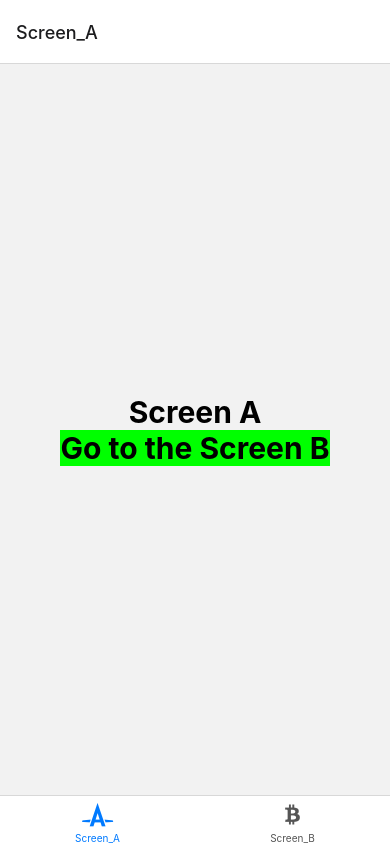
Repository: ntu34543/Navigation
Screen: /
These files come from the project's save history. The screen is drawn as it stood at one moment and after a run of saves; the edit follows.
The app was drawn by React Native's web renderer in a window 390 px wide. The project was rebuilt for these pictures with package versions that can differ from the ones it lists, and the page was loaded fresh each time. Also part of the build but not shown: component/ScreenB.js.

Above is the screen before, as saved 2022-09-19 22:56:51.

### App.js
import { StatusBar } from "expo-status-bar";
import { StyleSheet, Text, View, Pressable, TabBarIOSItem } from "react-native";
import { NavigationContainer } from "@react-navigation/native";
import { createStackNavigator } from "@react-navigation/stack";
import { createBottomTabNavigator } from "@react-navigation/bottom-tabs";
import ScreenA from "./component/ScreenA";
import ScreenB from "./component/ScreenB";
import FontAwesome5 from "react-native-vector-icons/FontAwesome5";

const Stack = createStackNavigator();
const Tab = createBottomTabNavigator();

export default function App() {
  return (
    <NavigationContainer>
      <Tab.Navigator
        // screenOptions={{ header: () => null }}
        screenOptions={({ route }) => ({
          tabBarIcon: ({ focused, size, color }) => {
            let iconName;
            if (route.name === "Screen_A") {
              iconName = "autoprefixer";
              size = focused ? 25 : 20;
              // color = focused ? "#f0f" : "#555";
            } else if (route.name === "Screen_B") {
              iconName = "btc";
              size = focused ? 25 : 20;
              // color = focused ? "#f0f" : "#555";
            }
            return <FontAwesome5 name={iconName} size={size} color={color} />;
          },
        })}
        tabBarOptions = {{
          ActiveXObject: '#f0f',
          inactiveTintColor: '#555',
        }}
      >
        <Tab.Screen name="Screen_A" component={ScreenA} />
        {/* options={{header: () => null}} */}
        <Tab.Screen name="Screen_B" component={ScreenB} />
      </Tab.Navigator>
    </NavigationContainer>
  );
}

### component/ScreenA.js
import { StatusBar } from "expo-status-bar";
import { StyleSheet, Text, View, Pressable } from "react-native";

export default function ScreenA({ navigation }) {
  const onPressHandler = () => {
    navigation.navigate("Screen_B");
    // navigation.replace("Screen_B");
  };
  return (
    <View style={styles.body}>
      <Text style={styles.text}>Screen A</Text>
      <Pressable
        onPress={onPressHandler}
        style={({ pressed }) => ({
          backgroundColor: pressed ? "#ddd" : "#0f0",
        })}
      >
        <Text style={styles.text}>Go to the Screen B</Text>
      </Pressable>
    </View>
  );
}

const styles = StyleSheet.create({
  body: {
    flex: 1,
    justifyContent: "center",
    alignItems: "center",
  },
  text: {
    fontSize: 30,
    fontWeight: "bold",
  },
});

After the next 4 saves:
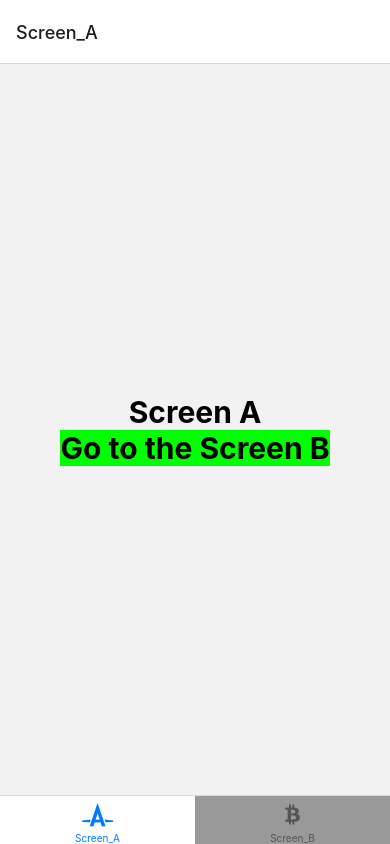
The 4 saves are shown as one change because 1 did not build or start and some came seconds apart.
The last was saved 37 s later.
--- a/App.js
+++ b/App.js
@@ -33,6 +33,7 @@ export default function App() {
         tabBarOptions = {{
           ActiveXObject: '#f0f',
           inactiveTintColor: '#555',
+          inactiveBackgroundColor: '#999',
         }}
       >
         <Tab.Screen name="Screen_A" component={ScreenA} />
